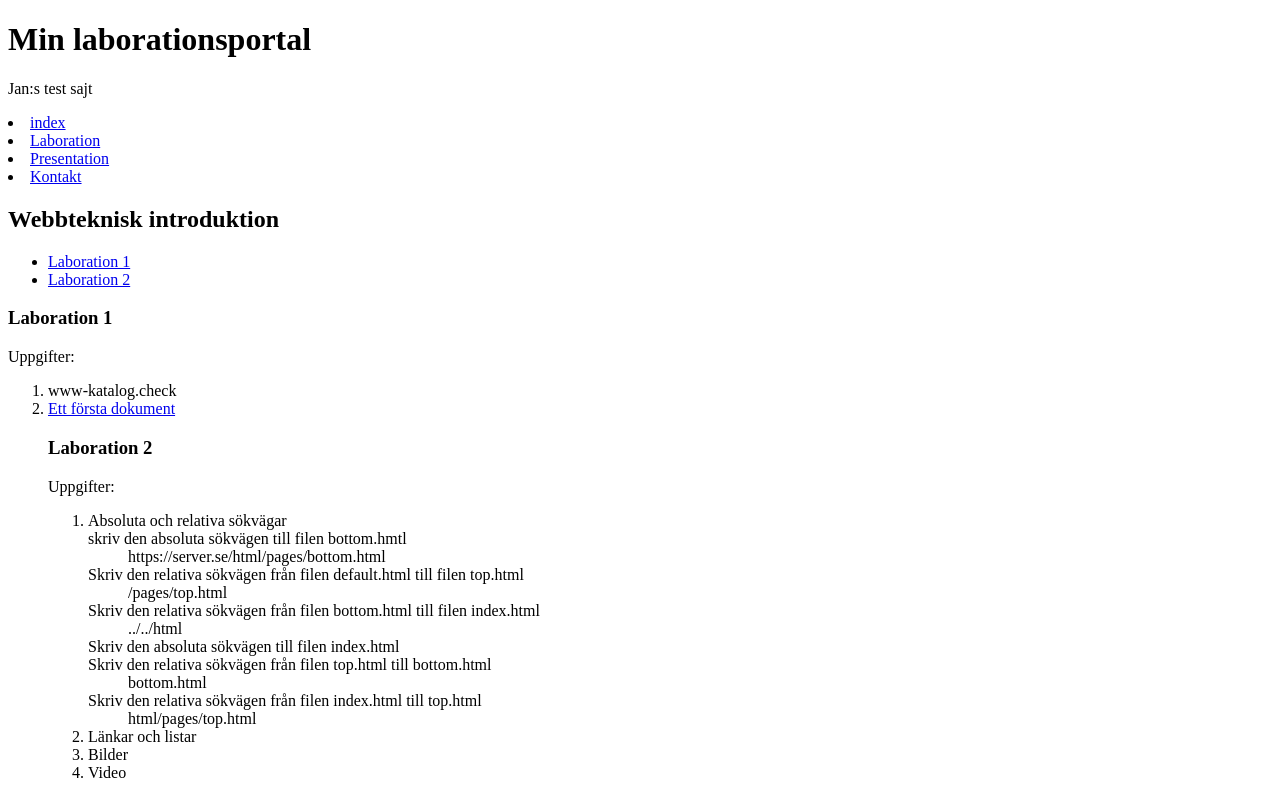
Repository: jt222ic/1ik415-jt222ic-lab-1
Page: pages/laboration.html
The author's editor kept a record of every edit. The page is drawn from the files as they stood at one moment, then again after the next edit.
The browser window is 1280 px wide. The pictures show the whole page.

Above is the page before.

After the next edit:
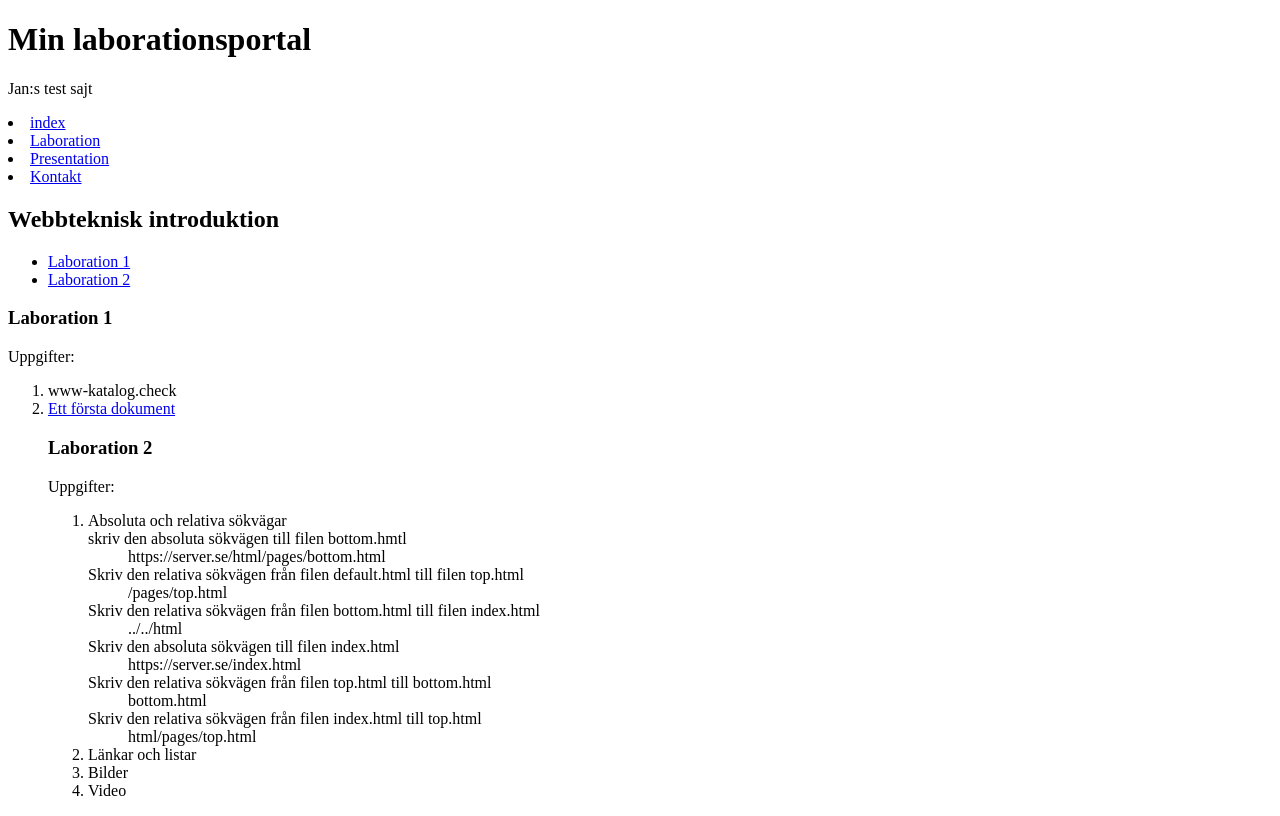
The edit:
--- a/pages/laboration.html
+++ b/pages/laboration.html
@@ -41,7 +41,7 @@
      <dt>Skriv den relativa sökvägen från filen bottom.html till filen index.html</dt>
      <dd>../../html</dd>
      <dt>Skriv den absoluta sökvägen till filen index.html</dt>
-     <dd></dd>
+     <dd>https://server.se/index.html</dd>
      <dt>Skriv den relativa sökvägen från filen top.html till bottom.html</dt>
    <dd>bottom.html</dd>
    <dt>Skriv den relativa sökvägen från filen index.html till top.html</dt>
